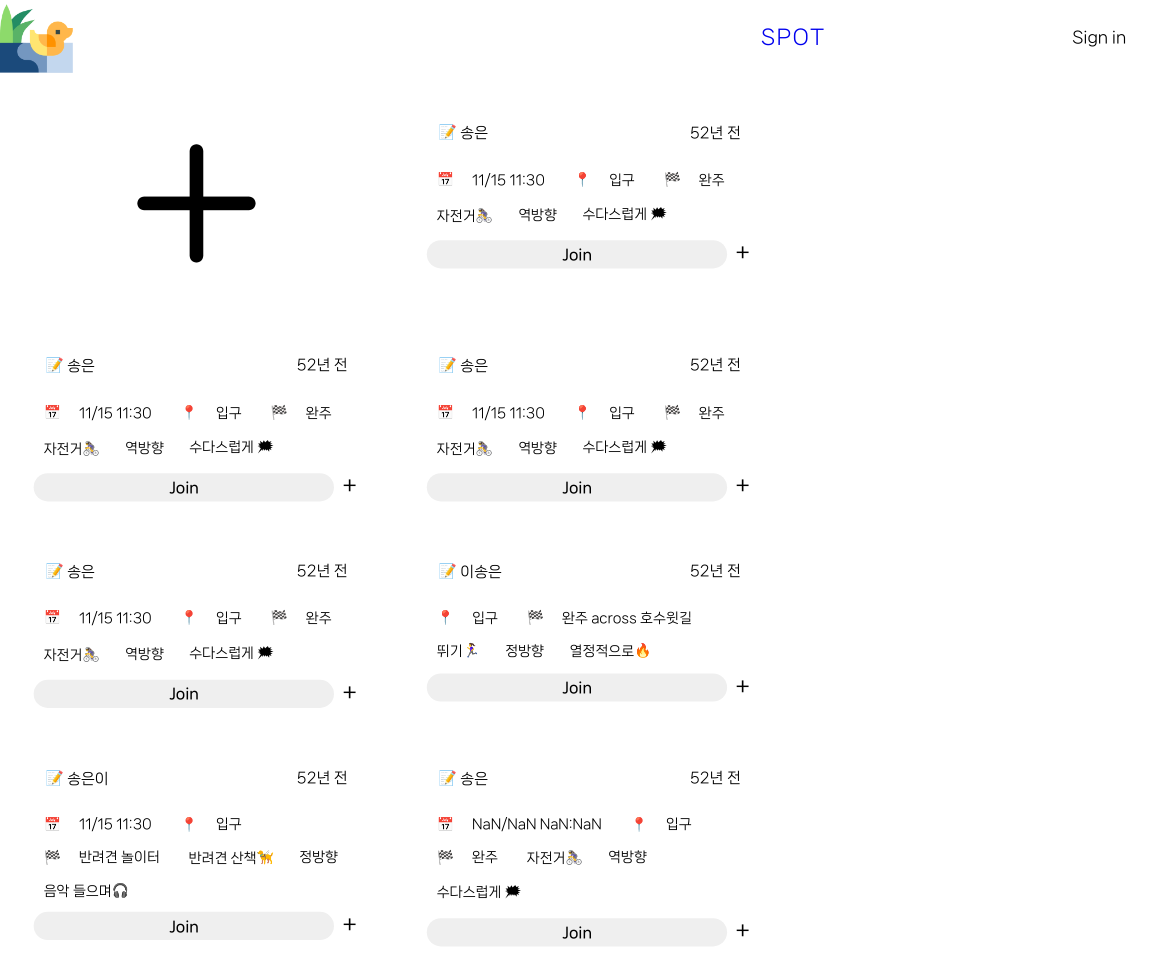
Repository: songeunleee/youngrangho
Page: /
The author's editor kept a copy of each file at every save. The page is drawn from the files as they stood at one save, then again after the next save.
The browser window is 1280 px wide. The pictures show the whole page, at 91% of full size.
The page's requests for data from a server got no answer. Some web libraries are served in a nearby version. The project was rebuilt for these pictures with package versions that can differ from the ones it lists, and the page was loaded fresh each time. Some packages were replaced by stand-ins written for this rebuild. No one was signed in, and anything a server would have sent is missing. Also part of the build but not shown: src/app.module.css, src/components/add_card/add_card.module.css, src/components/add_card/add_card.jsx, src/components/activity/activity.module.css, src/components/add_form/add_form.module.css, src/components/add_form/add_form.jsx, src/components/footer/footer.module.css, src/components/footer/footer.jsx and 10 more.

Above is the page before, as saved 2022-11-12 03:04:21.

After the next save:
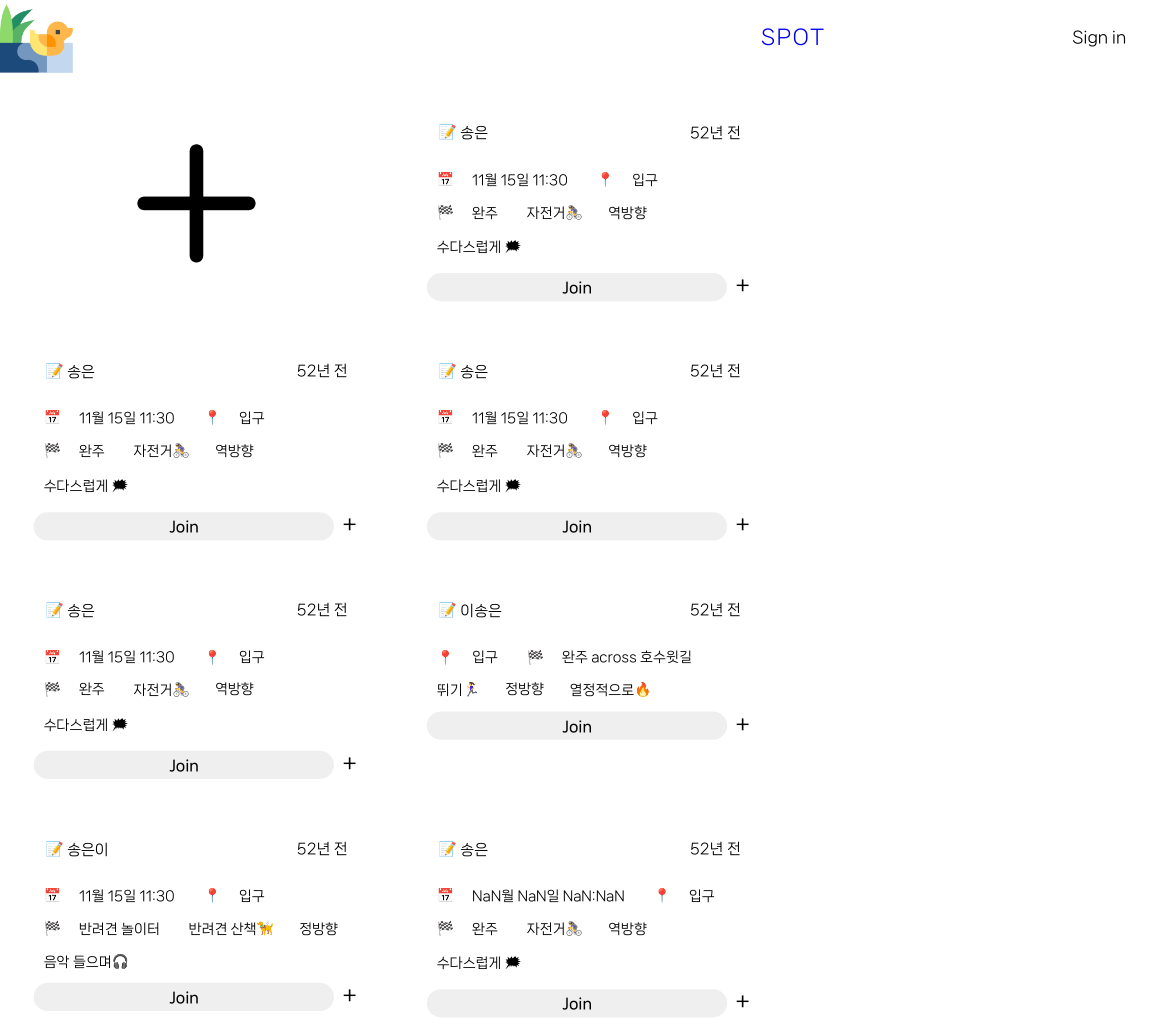
Saved 11 min 38 s later.
--- a/src/components/activity_item/activity_item.jsx
+++ b/src/components/activity_item/activity_item.jsx
@@ -87,9 +87,9 @@ const ActivityItem = ({ card, addJoin, DropJoin, user }) => {
     return (
       new Date(appointment).getMonth() +
       1 +
-      "/" +
+      "월 " +
       new Date(appointment).getDate() +
-      " " +
+      "일 " +
       new Date(appointment).getHours() +
       ":" +
       new Date(appointment).getMinutes() +
